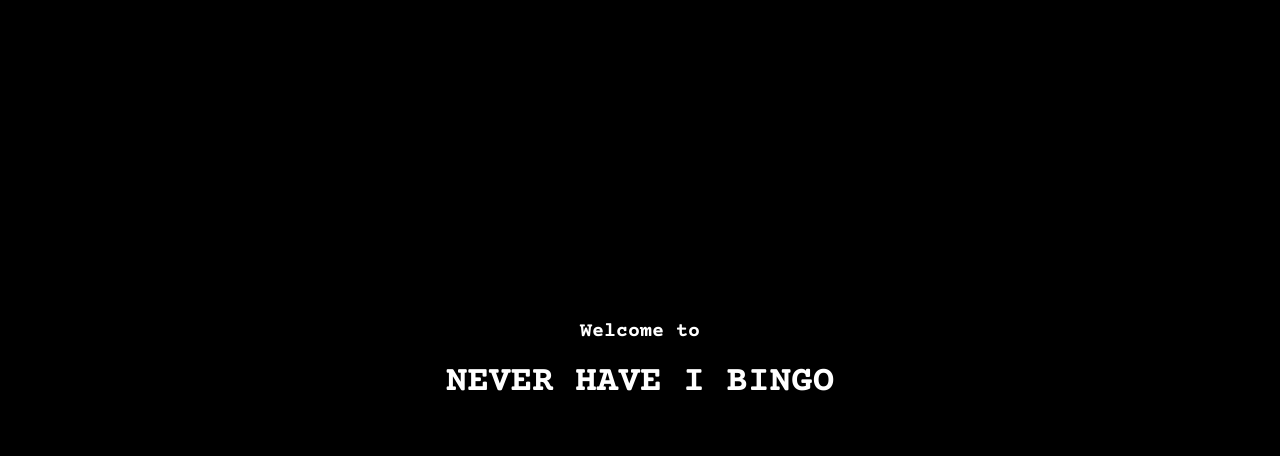
Repository: Jeysmeister/sensoryminds-bingo
Page: /
The author's editor kept a copy of each file at every save. The page is drawn from the files as they stood at one save, then again after the next save.
The browser window is 1280 px wide. The pictures show the whole page.
The project was rebuilt for these pictures with package versions that can differ from the ones it lists, and the page was loaded fresh each time. The framework's server and built-in components were replaced by stand-ins that run in the browser. Also part of the build but not shown: next.config.ts.

Above is the page before, as saved 2024-11-12 17:58:34.

After the next save:
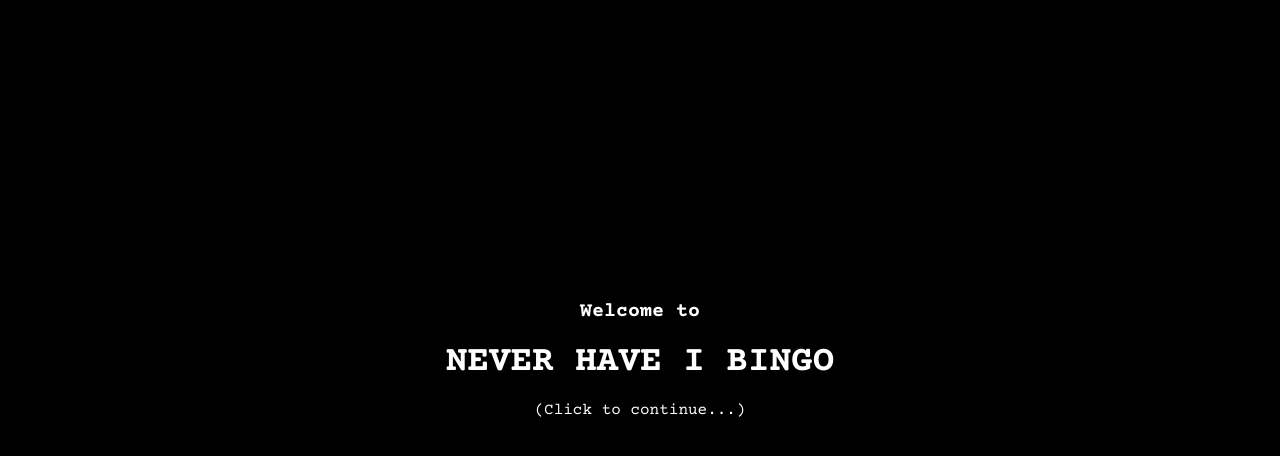
Saved 17 s later.
--- a/app/page.tsx
+++ b/app/page.tsx
@@ -12,6 +12,7 @@ export default function Home() {
     <div className="flex w-screen">
       <div className="w-screen h-screen flex justify-center items-center text-white bg-black flex-col gap-4">
         <div className="text-xl font-bold">Welcome to</div> <div className="text-4xl font-bold">NEVER HAVE I BINGO</div>
+        <div>(Click to continue...)</div>
       </div>
       {/* <div className="w-screen h-screen flex flex-col justify-center items-center">
         <Header />
